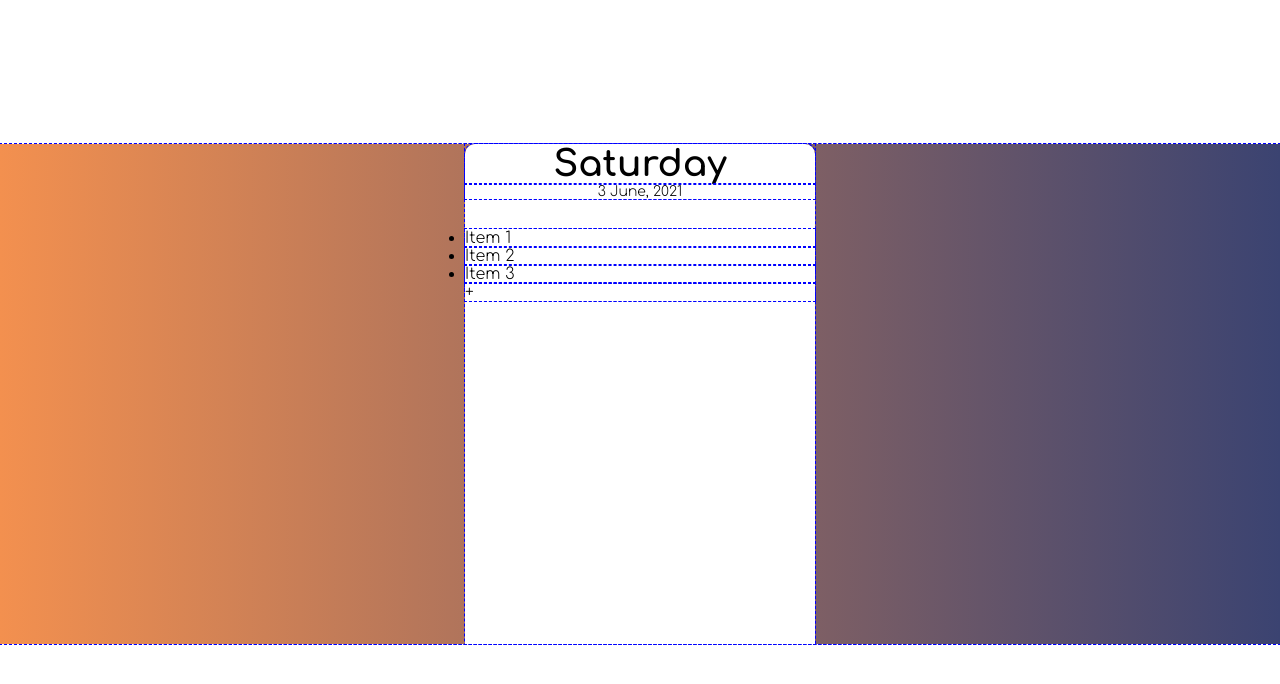
Repository: Colo-Codes/mini-projects
Page: todo-app/index.html
These files come from the project's save history. The page is drawn as it stood at one moment and after the next save; the edit follows.
The browser window is 1280 px wide. The pictures show the whole page.

Above is the page before, as saved 2021-07-04 11:10:33.

After the next save:
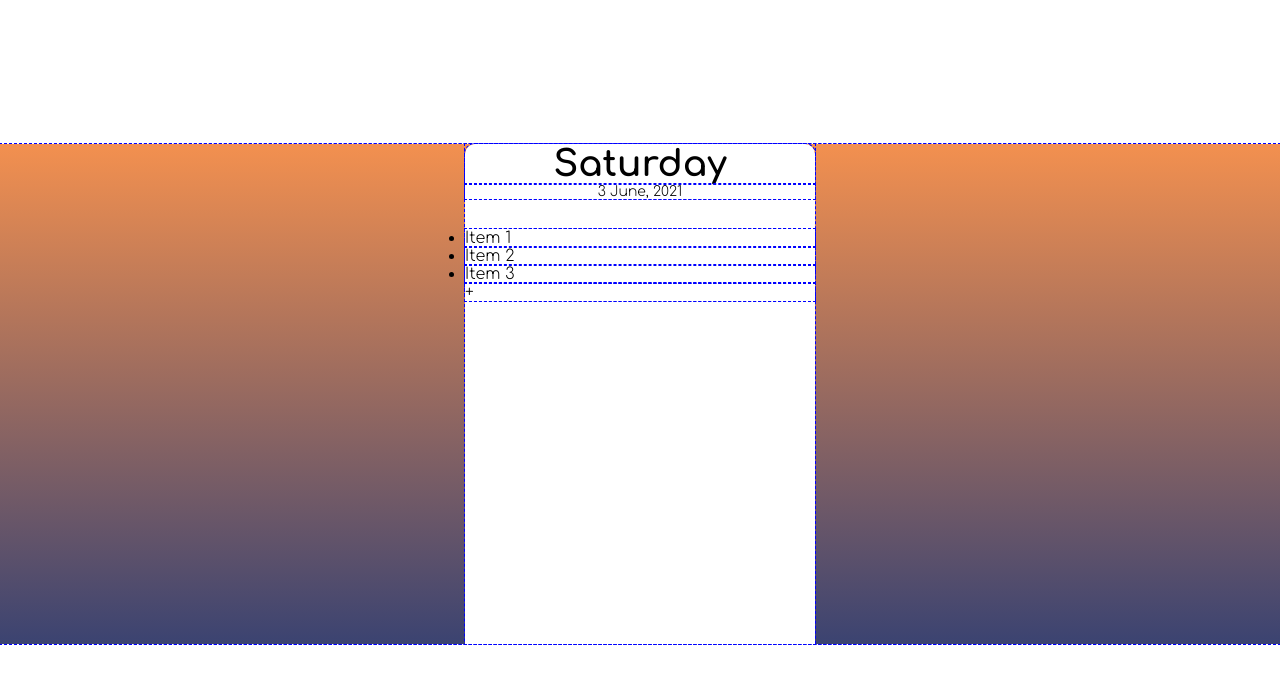
Saved 16 s later.
--- a/todo-app/css/index.css
+++ b/todo-app/css/index.css
@@ -23,12 +23,12 @@ body {
 .changing-background {
     background: #f3904f; /* fallback for old browsers */
     background: -webkit-linear-gradient(
-        to left,
+        to top,
         #3b4371,
         #f3904f
     ); /* Chrome 10-25, Safari 5.1-6 */
     background: linear-gradient(
-        to left,
+        to top,
         #3b4371,
         #f3904f
     ); /* W3C, IE 10+/ Edge, Firefox 16+, Chrome 26+, Opera 12+, Safari 7+ */
